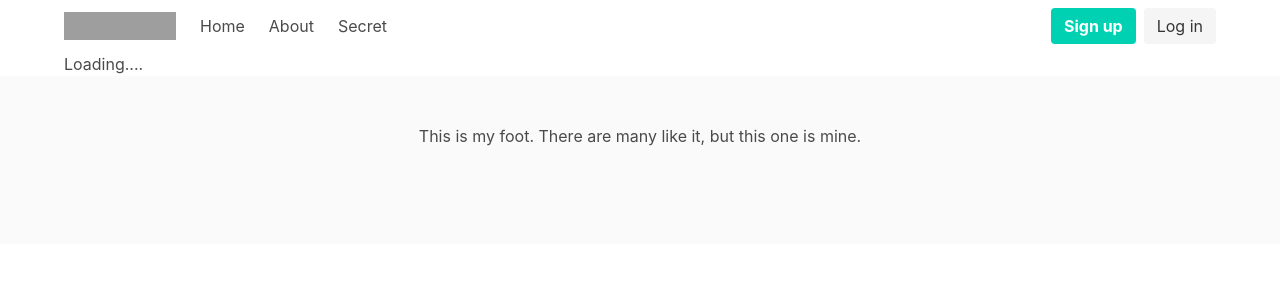
Repository: bombiux/app-sismo
Page: index.html
These files come from the project's save history. The page is drawn as it stood at one moment and after the next save; the edit follows.
The browser window is 1280 px wide. The pictures show the whole page.
Pictures or frames that could not be fetched are drawn as grey boxes. The page's requests for data from a server got no answer. Some web libraries are served in a nearby version.

Above is the page before, as saved 2020-03-23 23:20:37.
Console error: TypeError: Cannot read properties of undefined (reading 'map')

After the next save:
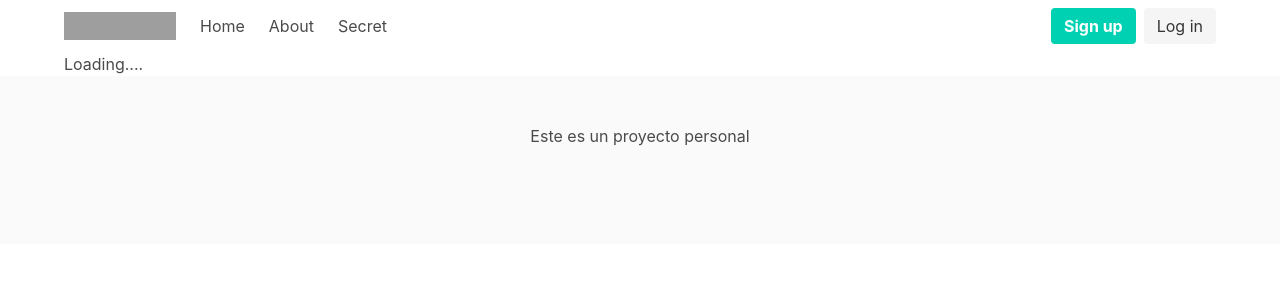
Saved 20 s later.
--- a/views/components/Bottombar.js
+++ b/views/components/Bottombar.js
@@ -4,7 +4,7 @@ let Bottombar = {
         <footer class="footer">
             <div class="content has-text-centered">
                 <p>
-                    This is my foot. There are many like it, but this one is mine.
+                    Este es un proyecto personal
                 </p>
             </div>
         </footer>
